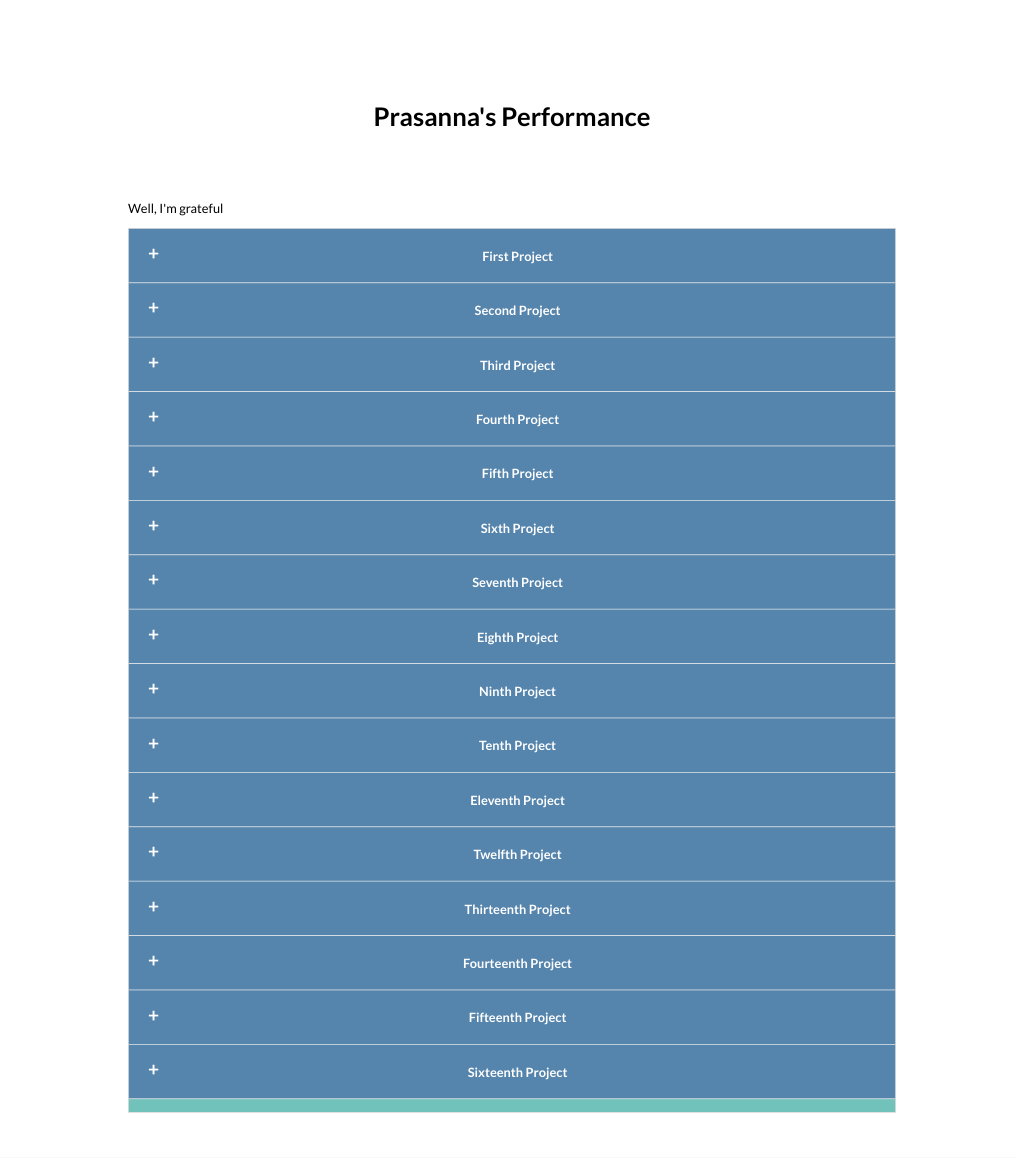
Repository: Imprasna/personalperform
Page: index.html
An editor plug-in stored every save of this project. The page is shown before and after the next save, followed by the edit.
The browser window is 1280 px wide. The pictures show the whole page, at 80% of full size.
The style sheet was rebuilt from its Sass, Less or Tailwind sources for each picture, by a compiler version that may differ from the author's.

Above is the page before, as saved 2021-12-30 22:49:47.

After the next save:
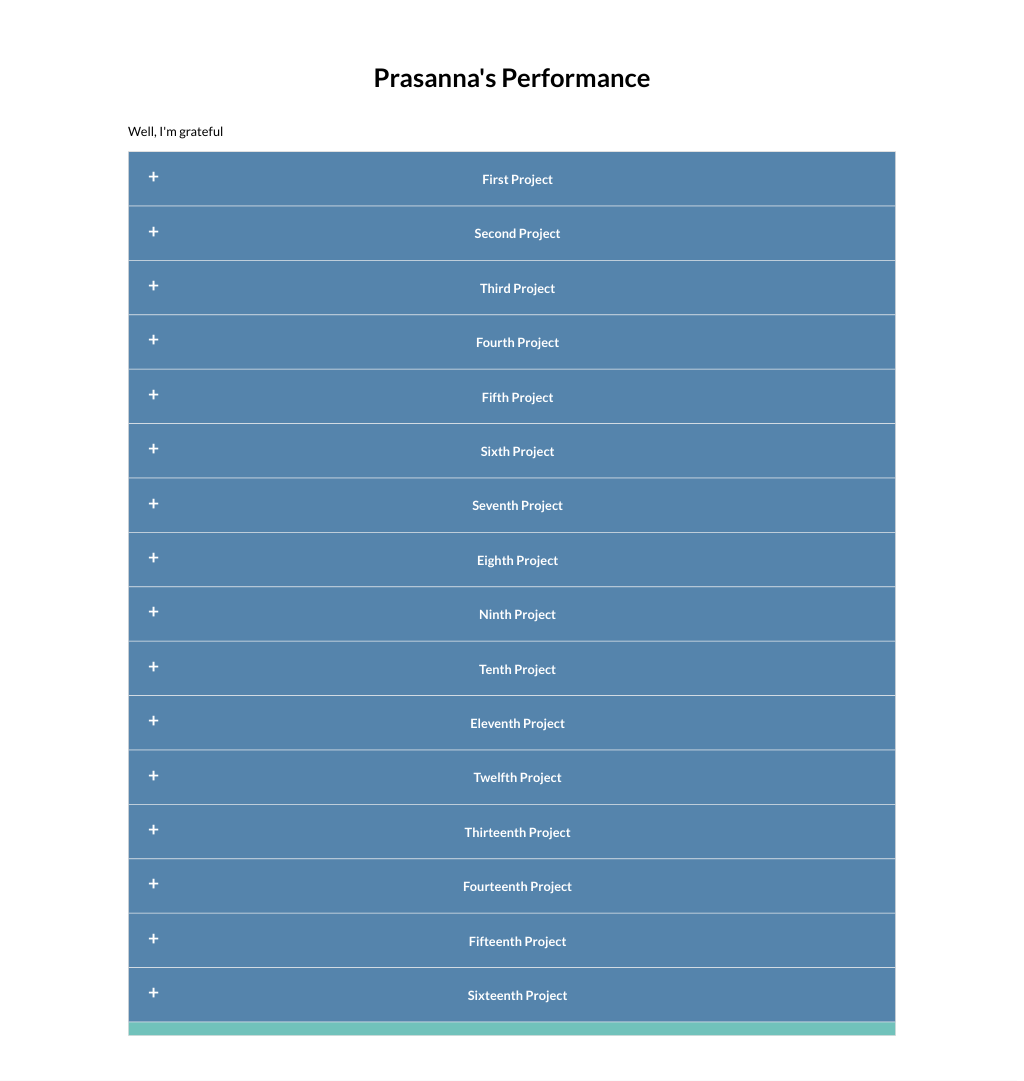
Saved 18 s later.
--- a/accordion.scss
+++ b/accordion.scss
@@ -10,7 +10,7 @@
   }
   .heading-primary {
     font-size:2em;
-    padding:2em;
+    padding:1rem 0;
     text-align:center;
   }
   .accordion dl,
